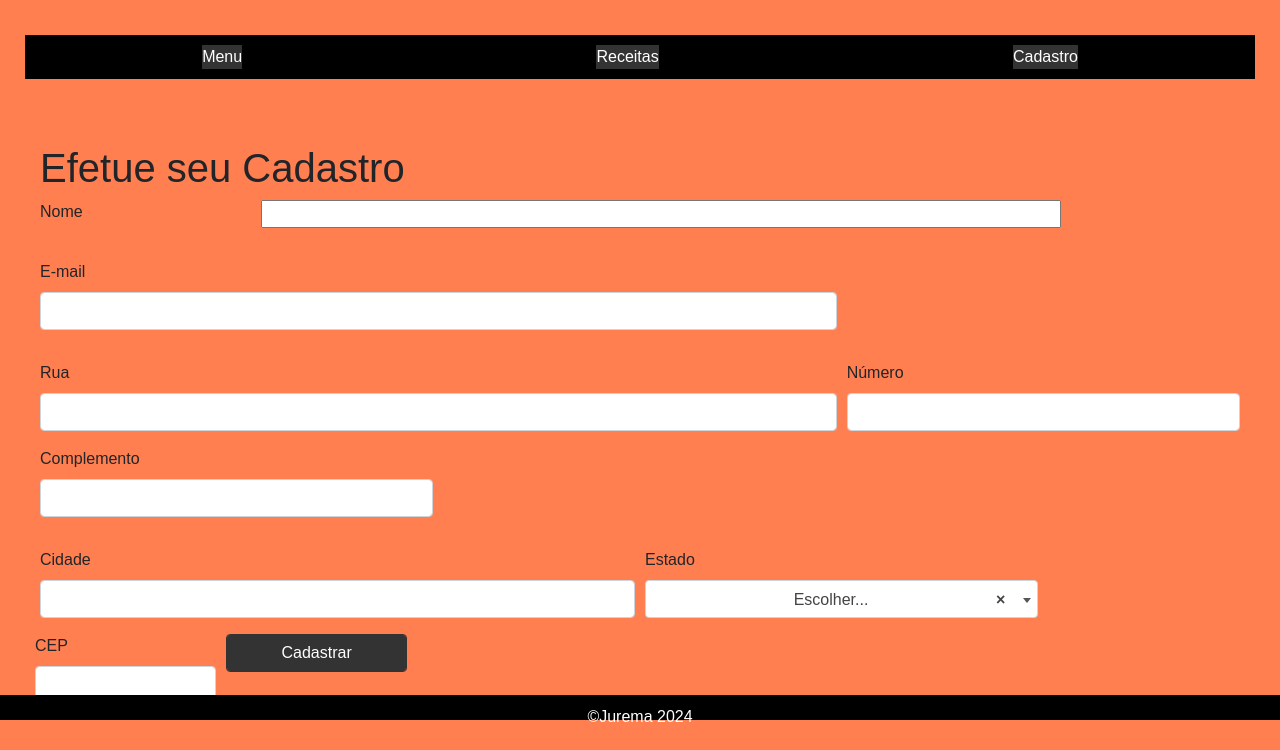
Repository: devropaes/RECEITAS
Page: OneDrive/Área de Trabalho/Estudos/Estácio/receitas/cadastro.html
These files come from the project's save history. The page is drawn as it stood at one moment and after the next save; the edit follows.
The browser window is 1280 px wide. The pictures show the whole page.

Above is the page before, as saved 2024-03-14 10:37:23.

### OneDrive/Área de Trabalho/Estudos/Estácio/receitas/cadastro.html
<!DOCTYPE html>
<html lang="pt-br">
<head>
    <meta charset="UTF-8">
    <meta http-equiv="X-UA-Compatible" content="IE=edge">
    <meta name="viewport" content="width=device-width, initial-scale=1.0">
    <link rel="stylesheet" href="https://stackpath.bootstrapcdn.com/bootstrap/4.3.1/css/bootstrap.min.css" integrity="sha384-ggOyR0iXCbMQv3Xipma34MD+dH/1fQ784/j6cY/iJTQUOhcWr7x9JvoRxT2MZw1T" crossorigin="anonymous">
    <link href="https://cdnjs.cloudflare.com/ajax/libs/select2/4.0.13/css/select2.min.css" rel="stylesheet" />
    <link rel="stylesheet" href="cadastro.css">
    <link rel="stylesheet" href="formatos.css">
    <title>Cadastro</title>
    <style>
        body {
            background-color: #ff7f50; /* Cor de fundo do corpo */
        }
    </style>
</head>
<body>
    <div class="page-container"></div>
  <ul class="navlist">
      <li><a href="home.html">Menu</a></li>
      <li><a href="receitas.html">Receitas</a></li>
      <LI><a href="cadastro.html">Cadastro</a></LI>
 </ul>
 </body>


        <main class="container-fluid">
            <!-- Área Principal - Título e Formulário de Cadastro -->
            <div class="row">
                <div class="col-lg-12">
                    <h1 class="mt-4 text-left">Efetue seu Cadastro</h1>
                    <form>
                        <div class="form-row">
                            <div class="form-group col-md-12">
                                <label for="nome" class="float-left">Nome</label>
                                <input type="text" class="form-group col-md-8" id="nome" required>
                            </div>
                            <div class="form-group col-md-8">
                                <label for="email" class="float-left">E-mail</label>
                                <input type="email" class="form-control" id="email" required>
                            </div>
                        </div>
                        <div class="form-row">
                            <div class="form-group col-md-8">
                                <label for="rua" class="float-left">Rua</label>
                                <input type="text" class="form-control" id="rua" required>
                            </div>
                            <div class="form-group col-md-4">
                                <label for="numero" class="float-left">Número</label>
                                <input type="text" class="form-control" id="numero" required>
                            </div>
                            <div class="form-group col-md-4">
                                <label for="complemento" class="float-left">Complemento</label>
                                <input type="text" class="form-control" id="complemento">
                            </div>
                        </div>
                        <div class="form-row">
                            <div class="form-group col-md-6">
                                <label for="cidade" class="float-left">Cidade</label>
                                <input type="text" class="form-control" id="cidade" required>
                            </div>
                            <div class="form-group col-md-4">
                                <label for="estado" class="float-left">Estado</label>
                                <select id="estado" class="form-control" required>
                                    <option selected>Escolher...</option>
                                    <option value="AC">Acre</option>
                                    <option value="AL">Alagoas</option>
                                    <option value="AP">Amapá</option>
                                    <option value="AM">Amazonas</option>
                                    <option value="BA">Bahia</option>
                                    <option value="CE">Ceará</option>
                                    <option value="DF">Distrito Federal</option>
                                    <option value="ES">Espírito Santo</option>
                                    <option value="GO">Goiás</option>
                                    <option value="MA">Maranhão</option>
                                    <option value="MT">Mato Grosso</option>
                                    <option value="MS">Mato Grosso do Sul</option>
                                    <option value="MG">Minas Gerais</option>
                                    <option value="PA">Pará</option>
                                    <option value="PB">Paraíba</option>
                                    <option value="PR">Paraná</option>
                                    <option value="PE">Pernambuco</option>
                                    <option value="PI">Piauí</option>
                                    <option value="RJ">Rio de Janeiro</option>
                                    <option value="RN">Rio Grande do Norte</option>
                                    <option value="RS">Rio Grande do Sul</option>
                                    <option value="RO">Rondônia</option>
                                    <option value="RR">Roraima</option>
                                    <option value="SC">Santa Catarina</option>
                                    <option value="SP">São Paulo</option>
                                    <option value="SE">Sergipe</option>
                                    <option value="TO">Tocantins</option>
                                </select>
                            </div>
                            <div class="form-row">
                                <div class="form-group col-md-6">
                                    <label for="cep" class="float-left">CEP</label>
                                    <input type="text" class="form-control" id="cep" required>
                                </div>
                                <div class="form-group col-md-6 d-flex justify-content-end">
                                    <button type="submit" class="btn btn-primary form-control">Cadastrar</button>
                                </div>
                            </div>
        </main>

        <footer class="rodape">
          <p>&copy;Jurema 2024 </p>
     </footer>

     <script src="https://code.jquery.com/jquery-3.3.1.slim.min.js" integrity="sha384-q8i/X+965DzO0rT7abK41JStQIAqVgRVzpbzo5smXKp4YfRvH+8abtTE1Pi6jizo" crossorigin="anonymous"></script>
<script src="https://cdnjs.cloudflare.com/ajax/libs/popper.js/1.14.7/umd/popper.min.js" integrity="sha384-UO2eT0CpHqdSJQ6hJty5KVphtPhzWj9WO1clHTMGa3JDZwrnQq4sF86dIHNDz0W1" crossorigin="anonymous"></script>
<script src="https://stackpath.bootstrapcdn.com/bootstrap/4.3.1/js/bootstrap.min.js" integrity="sha384-JjSmVgyd0p3pXB1rRibZUAYoIIy6OrQ6VrjIEaFf/nJGzIxFDsf4x0xIM+B07jRM" crossorigin="anonymous"></script>
<script src="https://cdnjs.cloudflare.com/ajax/libs/select2/4.0.13/js/select2.min.js"></script>

<script>
    $(document).ready(function() {
        // Aplica o Select2 ao campo de seleção de estados
        $('#estado').select2({
            placeholder: 'Escolher...',
            allowClear: true, // Permite a limpeza da seleção
        });
    });
</script>

</body>
</html>

### OneDrive/Área de Trabalho/Estudos/Estácio/receitas/cadastro.css
* {
  margin: 0;
  padding: 0;
  box-sizing: border-box;
}

:root {
  --cor-primaria: #ff7f50;
  --cor-secundaria: #333;
  --cor-terciaria: #000;
  --cor-hover: #fff;
  --font-primaria: "Arial, Helvetica", sans-serif;
  --font-secundaria: "Krona-One", sans-serif;
}

body {
  overflow-y: auto;
  background-color: var(--cor-primaria);
  font-family: var(--font-secundaria);
  font-size: 1em;
  font-weight: 600;
  text-align: left;
  margin: 5px;
  padding: 20px; /* Adicionado espaçamento interno ao corpo */
}



header {
  height: 60px;
  background-color: var(--cor-secundaria);
  color: var(--cor-hover);
}

main {
  height: calc(100vh - 100px);
  padding: 25px;
}

footer {
  height: 25px;
  background-color: var(--cor-hover);
  color: var(--cor-secundaria);
  text-align: center;
  padding-top: 5px;
}

.navlist {
  background-color: var(--cor-terciaria);
  color: var(--cor-hover);
  list-style: none;
  padding: 0;
  display: flex;
  justify-content: space-around;
  max-width: 100%;
}

.navlist li {
  display: flex;
  margin: 10px;
  max-width: 100%;
}

.navlist a {
  text-decoration: none;
  color: var(--cor-hover);
  background-color: var(--cor-secundaria);
  border-color: var(--cor-secundaria);
}

.navlist a:hover {
  color: var(--cor-terciaria);
}

/* Adicione essas regras CSS ao seu arquivo cadastro.css */

/* Estilização para o layout do formulário */
form {
  display: flex;
  flex-direction: column;
}

.form-row {
  margin-bottom: 15px;
}

.float-left {
  float: left;
}

.float-right {
  float: right;
}

/* Estilo personalizado para o Select2 */
.select2-container--default .select2-selection--single {
  height: 38px;
  padding: 8px 12px;
  border: 1px solid #ced4da; /* Corrigido */
  border-radius: 4px;
}

.select2-container--default .select2-selection--single .select2-selection__arrow {
  height: 38px;
}

.select2-container--default .select2-selection--single .select2-selection__rendered {
  line-height: 22px;
}

.select2-container--default .select2-selection--single .select2-selection__arrow b {
  border-color: #555 transparent transparent transparent;
}

#filtroEstado {
  margin-bottom: 5px;
}

.apresentacao {
  font-family: var(--font-secundaria);
  font-weight: 600;
  background-color: var(--cor-primaria);
  text-align: center;
  padding: 50px;
}

.btn-primary {
  color: var(--cor-hover);
  background-color: var(--cor-secundaria);
  border-color: var(--cor-secundaria);
  width: 100%; /* Adicionado */
  height: 38px; /* Adicionado */
}

.rodape {
  background-color: var(--cor-terciaria);
  color: var(--cor-hover);
  text-align: center;
  padding: 2px;
  position: fixed;
  border-bottom: var(--cor-hover);
  left: 0;
  bottom: 0%;
  width: 100%;
  margin: 0%;
  max-width: 100%;
}

### OneDrive/Área de Trabalho/Estudos/Estácio/receitas/formatos.css


:root {
    --cor-primaria: #ff7f50;
    --cor-secundaria: #333;
    --cor-terciaria: #000;
    --cor-hover: #fff;
    --font-primaria: "Arial, Helvetica", sans-serif;
    --font-secundaria: "Krona-One", sans-serif;
}

* {
    margin: 0;
    padding: 0;
    box-sizing: border-box;
}

body {
    background-color: var(--cor-primaria);
    font-family: var(--font-secundaria);
    font-size: 1em;
    font-weight: 400;
    text-align: center;
    margin: 5px;

}

.page-container {
    display: flex;
    flex-direction: column;
    align-items: center;
    justify-content: center;
    text-align: center;
    margin:5px;
    border-color: var(--cor-hover);
}
.content {
    margin-bottom: 20px;


}
.navlist {
    background-color: var(--cor-terciaria);
    color: var(--cor-hover);
    list-style: none;
    padding: 0;
    display: flex;
    justify-content: space-around;
    max-width: 100%;
  }

  .navlist li {
    display: flex;
    margin: 10px;
    max-width: 100%;
  }

  .navlist a {
    text-decoration: none;
    color: var(--cor-hover);
    background-color: var(--cor-secundaria);
    border-color: var(--cor-secundaria);
  }

  .navlist a:hover {
    color: var(--cor-terciaria);
  }
.logo-container {
    display: flex;
    align-items: center;
    margin-bottom: 50px;
}

.logo {
    width: 90px;
    margin-right: 30px;

}

.receitas__tia__jurema {
    width: 80px;
    font-size: 2.5em;
    margin-bottom: 50px;
    padding: 50px;
    display:contents;

}

.content {
    display: flex;
    flex-direction: column;
    align-items: center;
    justify-content: center;
    text-align: center;



}

.apresentacao {
    font-size: 1.5em;
    text-align:inherit;
    padding: 30px;
    width: 80%; /* Ajuste conforme necessário */
    margin: auto;

}
.apresentação h2 {
    margin: bottom 30px;
    padding: 30px;
    text-align: center;
}

/* Adicione esta regra para alinhar o logo à esquerda da Receitas Tia Jurema */
.content {
    display: flex;
    align-items: center;
    margin-bottom: 20px;
}

.logo {
    width: 70px;
    margin-right: 5px; /* Ajuste conforme necessário */

}

.rodape {
    background-color: var(--cor-terciaria);
    color: var(--cor-hover);
    text-align: center;
    padding: 10px;
    position: fixed;
    border-bottom: var(--cor-hover);
    left: 0;
    bottom: 0%;
    width: 100%;
    max-width: 100%;

}

After the next save:
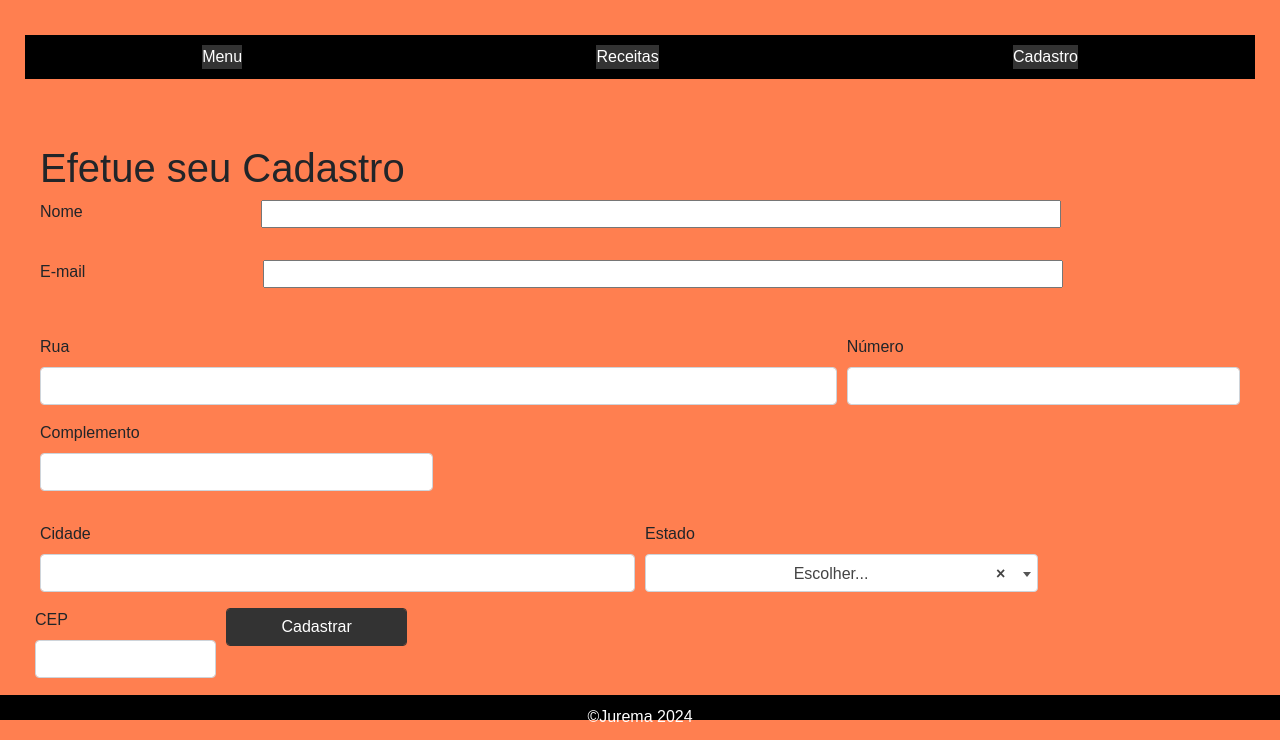
Saved 16 s later.
--- a/OneDrive/Área de Trabalho/Estudos/Estácio/receitas/cadastro.html
+++ b/OneDrive/Área de Trabalho/Estudos/Estácio/receitas/cadastro.html
@@ -36,9 +36,9 @@
                                 <label for="nome" class="float-left">Nome</label>
                                 <input type="text" class="form-group col-md-8" id="nome" required>
                             </div>
-                            <div class="form-group col-md-8">
+                            <div class="form-group col-md-12">
                                 <label for="email" class="float-left">E-mail</label>
-                                <input type="email" class="form-control" id="email" required>
+                                <input type="email" class="form-group col-md-8" id="email" required>
                             </div>
                         </div>
                         <div class="form-row">
